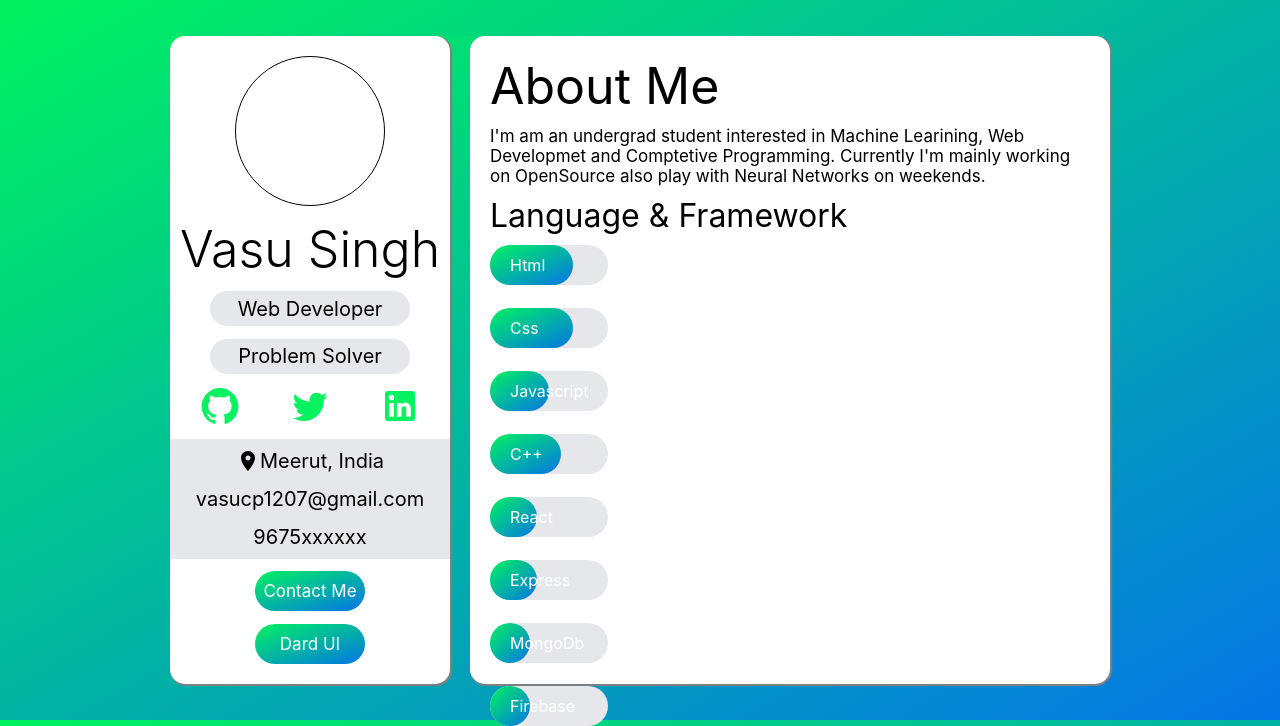
Repository: vasucp1207/grid-port
Page: /about
These files come from the project's save history. The page is drawn as it stood at one moment and after the next save; the edit follows.
The browser window is 1280 px wide. The pictures show the whole page.
Some web fonts or font styles are not loaded; a fallback is used. The project was rebuilt for these pictures with package versions that can differ from the ones it lists, and the page was loaded fresh each time. Also part of the build but not shown: src/pages/Home.js, src/pages/Projects.js.

Above is the page before, as saved 2022-08-17 01:58:46.

### public/index.html
<!DOCTYPE html>
<html lang="en">
  <head>
    <meta charset="utf-8" />
    <link rel="icon" href="%PUBLIC_URL%/favicon.ico" />
    <meta name="viewport" content="width=device-width, initial-scale=1" />
    <meta name="theme-color" content="#000000" />
    <meta
      name="description"
      content="Web site created using create-react-app"
    />
    <link rel="apple-touch-icon" href="%PUBLIC_URL%/logo192.png" />
    <!--
      manifest.json provides metadata used when your web app is installed on a
      user's mobile device or desktop. See https://developers.google.com/web/fundamentals/web-app-manifest/
    -->
    <link rel="manifest" href="%PUBLIC_URL%/manifest.json" />
    <link rel="preconnect" href="https://fonts.googleapis.com">
<link rel="preconnect" href="https://fonts.gstatic.com" crossorigin>
<link href="https://fonts.googleapis.com/css2?family=Kantumruy+Pro:wght@200;300&family=Open+Sans:ital,wght@0,300;0,600;0,700;1,800&family=Poppins:wght@400;600&family=Raleway:wght@300&family=Roboto+Flex:opsz,wght@8..144,300;8..144,400;8..144,500&display=swap" rel="stylesheet">
    <!--
      Notice the use of %PUBLIC_URL% in the tags above.
      It will be replaced with the URL of the `public` folder during the build.
      Only files inside the `public` folder can be referenced from the HTML.

      Unlike "/favicon.ico" or "favicon.ico", "%PUBLIC_URL%/favicon.ico" will
      work correctly both with client-side routing and a non-root public URL.
      Learn how to configure a non-root public URL by running `npm run build`.
    -->
    <title>React App</title>
  </head>
  <body>
    <noscript>You need to enable JavaScript to run this app.</noscript>
    <div id="root"></div>
    <!--
      This HTML file is a template.
      If you open it directly in the browser, you will see an empty page.

      You can add webfonts, meta tags, or analytics to this file.
      The build step will place the bundled scripts into the <body> tag.

      To begin the development, run `npm start` or `yarn start`.
      To create a production bundle, use `npm run build` or `yarn build`.
    -->
  </body>
</html>

### src/index.css
body {
  margin: 0;
  font-family: -apple-system, BlinkMacSystemFont, 'Segoe UI', 'Roboto', 'Oxygen',
    'Ubuntu', 'Cantarell', 'Fira Sans', 'Droid Sans', 'Helvetica Neue',
    sans-serif;
  -webkit-font-smoothing: antialiased;
  -moz-osx-font-smoothing: grayscale;

  --gray: rgb(205, 195, 195);
  background-image: linear-gradient(to right bottom,#00f260,#0575e6);
}

::selection{
  background: rgb(71, 219, 106);
}

### src/App.js
import './App.css';
import { Link, Route, Routes } from 'react-router-dom';
import AboutMe from './pages/AboutMe';
import Home from './pages/Home';
import Projects from './pages/Projects';

function App() {
  return (
    <div>
      <Routes>
        <Route exact path="/" element={<Home />} />
        <Route exact path="/about" element={<AboutMe />} />
        <Route exact path="/projects" element={<Projects />} />
      </Routes>
    </div>
  );
}

export default App;

### src/App.css
:root {
  --d: 700ms;
  --e: cubic-bezier(0.19, 1, 0.22, 1);
  --font-sans: "Rubik", sans-serif;
  --font-serif: "Cardo", serif;
  font-family: Poppins;
}

* {
  box-sizing: border-box;
  padding: 0;
  margin: 0;
}

html, body {
  height: 100vh;
  width: 100vw;
}

body {
  display: grid;
  place-items: center;
}

.page-content {
  display: grid;
  width: 100vw;
  height: 100vh;
  margin: 0 auto;
}
@media (min-width: 600px) {
  .page-content {
    grid-template-columns: repeat(2, 1fr);
  }
}
@media (min-width: 800px) {
  .page-content {
    grid-template-columns: repeat(2, 1fr);
  }
}

.card {
  position: relative;
  display: flex;
  align-items: flex-end;
  overflow: hidden;
  padding: 1rem;
  width: 100%;
  text-align: center;
  color: whitesmoke;
  background-color: whitesmoke;
  box-shadow: 0 1px 1px rgba(0, 0, 0, 0.1), 0 2px 2px rgba(0, 0, 0, 0.1), 0 4px 4px rgba(0, 0, 0, 0.1), 0 8px 8px rgba(0, 0, 0, 0.1), 0 16px 16px rgba(0, 0, 0, 0.1);
}
@media (min-width: 600px) {
  .card {
    height: 100vh;
  }
}
.card:before {
  content: "";
  position: absolute;
  top: 0;
  left: 0;
  width: 100%;
  height: 110%;
  background-size: cover;
  background-position: 0 0;
  transition: transform calc(var(--d) * 1.5) var(--e);
  pointer-events: none;
}
.card:after {
  content: "";
  display: block;
  position: absolute;
  top: 0;
  left: 0;
  width: 100%;
  height: 200%;
  pointer-events: none;
  background-image: linear-gradient(to bottom, rgba(0, 0, 0, 0) 0%, rgba(0, 0, 0, 0.009) 11.7%, rgba(0, 0, 0, 0.034) 22.1%, rgba(0, 0, 0, 0.072) 31.2%, rgba(0, 0, 0, 0.123) 39.4%, rgba(0, 0, 0, 0.182) 46.6%, rgba(0, 0, 0, 0.249) 53.1%, rgba(0, 0, 0, 0.32) 58.9%, rgba(0, 0, 0, 0.394) 64.3%, rgba(0, 0, 0, 0.468) 69.3%, rgba(0, 0, 0, 0.54) 74.1%, rgba(0, 0, 0, 0.607) 78.8%, rgba(0, 0, 0, 0.668) 83.6%, rgba(0, 0, 0, 0.721) 88.7%, rgba(0, 0, 0, 0.762) 94.1%, rgba(0, 0, 0, 0.79) 100%);
  transform: translateY(-50%);
  transition: transform calc(var(--d) * 2) var(--e);
}
.card:nth-child(1):before {
  background-image: url(https://images.unsplash.com/photo-1493612276216-ee3925520721?ixlib=rb-1.2.1&ixid=MnwxMjA3fDB8MHxwaG90by1wYWdlfHx8fGVufDB8fHx8&auto=format&fit=crop&w=2864&q=80);
}
.card:nth-child(2):before {
  background-image: url(https://images.unsplash.com/photo-1492551557933-34265f7af79e?ixlib=rb-1.2.1&ixid=MnwxMjA3fDB8MHxwaG90by1wYWdlfHx8fGVufDB8fHx8&auto=format&fit=crop&w=1740&q=80);
}
.card:nth-child(3):before {
  background-image: url(https://images.unsplash.com/photo-1545243424-0ce743321e11?ixlib=rb-1.2.1&q=80&fm=jpg&crop=entropy&cs=tinysrgb&w=400&fit=max&ixid=eyJhcHBfaWQiOjE0NTg5fQ);
}
.card:nth-child(4):before {
  background-image: url(https://images.unsplash.com/photo-1531306728370-e2ebd9d7bb99?ixlib=rb-1.2.1&q=80&fm=jpg&crop=entropy&cs=tinysrgb&w=400&fit=max&ixid=eyJhcHBfaWQiOjE0NTg5fQ);
}

.content {
  position: relative;
  display: flex;
  flex-direction: column;
  align-items: center;
  width: 100%;
  padding: 1rem;
  transition: transform var(--d) var(--e);
  z-index: 1;
}
.content > * + * {
  margin-top: 1rem;
}

.title {
  font-size: 50px;
  font-weight: 400;
}

.copy {
  font-size: 30px;
}

.btn {
  cursor: pointer;
  margin-top: 1.5rem;
  padding: 0.75rem 1.5rem;
  font-size: 20px;
  letter-spacing: 0.025rem;
  text-transform: uppercase;
  color: white;
  background-color: black;
  border: none;
}
.btn:hover {
  background-color: white;
  color: black;
  transition: 0.3;
  border-radius: 7px;
}
.btn:focus {
  outline: 1px dashed yellow;
  outline-offset: 3px;
}

@media (hover: hover) and (min-width: 600px) {
  .card:after {
    transform: translateY(0);
  }

  .content {
    transform: translateY(calc(100% - 4.5rem));
  }
  .content > *:not(.title) {
    opacity: 0;
    transform: translateY(1rem);
    transition: transform var(--d) var(--e), opacity var(--d) var(--e);
  }

  .card:hover,
.card:focus-within {
    align-items: center;
  }
  .card:hover:before,
.card:focus-within:before {
    transform: translateY(-4%);
  }
  .card:hover:after,
.card:focus-within:after {
    transform: translateY(-50%);
  }
  .card:hover .content,
.card:focus-within .content {
    transform: translateY(0);
  }
  .card:hover .content > *:not(.title),
.card:focus-within .content > *:not(.title) {
    opacity: 1;
    transform: translateY(0);
    transition-delay: calc(var(--d) / 8);
  }

  .card:focus-within:before, .card:focus-within:after,
.card:focus-within .content,
.card:focus-within .content > *:not(.title) {
    transition-duration: 0s;
  }
}

### src/pages/AboutMe.js
import React from 'react'
import { motion } from 'framer-motion'
import styled from 'styled-components'
import GitHubIcon from '@mui/icons-material/GitHub';
import TwitterIcon from '@mui/icons-material/Twitter';
import LinkedInIcon from '@mui/icons-material/LinkedIn';
import LocationOnIcon from '@mui/icons-material/LocationOn';
import ProgressBar from '../components/ProgressBar';

function AboutMe() {

    const pageVarients = {
        initial: {
            opacity: 0
        },
        in: {
            opacity: 1
        },
        out: {
            opacity: 0
        }
    }

    return (
        <motion.div
            initial='initial'
            animate='in'
            exit='out'
            variants={pageVarients}
            transition={{ delay: 0.5, type: 'spring' }}
        >

            <Container>
                <Comp>
                    <Left>
                        <div class='avatar'></div>
                        <h1 class='name'>Vasu Singh</h1>
                        <div class='sim-btn'>Web Developer</div>
                        <div class='sim-btn'>Problem Solver</div>
                        <div class='icon-cont'>
                            <GitHubIcon className='icons' />
                            <TwitterIcon className='icons' />
                            <LinkedInIcon className='icons' />
                        </div>
                        <div class='address'>
                            <p class='city'><LocationOnIcon /> Meerut, India</p>
                            <p>vasucp1207@gmail.com</p>
                            <p>9675xxxxxx</p>
                        </div>
                        <div class='gb-btn'>Contact Me</div>
                        <div class='gb-btn'>Dard UI</div>
                    </Left>
                    <Right>
                        <h1 class='title'>About Me</h1>
                        <p class='des'>I'm am an undergrad student interested in Machine Learining, Web Developmet and Comptetive Programming. Currently I'm mainly working on OpenSource also play with Neural Networks on weekends.</p>
                        <h1 class='skills'>Language & Framework</h1>

                        <div class='all-bar'>
                            <ProgressBar lang='Html' per='70%' />
                            <ProgressBar lang='Css' per='70%' />
                            <ProgressBar lang='Javascript' per='50%' />
                            <ProgressBar lang='C++' per='60%' />
                            <ProgressBar lang='React' per='40%' />
                            <ProgressBar lang='Express' per='40%' />
                            <ProgressBar lang='MongoDb' per='30%' />
                            <ProgressBar lang='Firebase' per='30%' />
                        </div>

                    </Right>
                </Comp>

            </Container>
        </motion.div>
    )
}

export default AboutMe

const Container = styled.div`
    background: white;
`

const Comp = styled.div`
    display: flex;
    gap: 20px;
    background-image: linear-gradient(to right bottom,#00f260,#0575e6);
`

const Left = styled.div`
    height: 90vh;
    width: 280px;
    box-shadow: 1px 1px 1px 1px gray;
    display: flex;
    justify-content: space-between;
    align-items: center;
    flex-direction: column;
    padding-bottom: 20px;
    background: white;
    border-radius: 15px;

    .avatar{
        margin-top: 20px;
        height: 150px;
        border: 1px solid black;
        width: 150px;
        border-radius: 50%;
    }

    .name{
        font-size: 50px;
        font-weight: 300;
    }

    .sim-btn{
        font-size: 20px;
        background: rgb(229,231,235);
        width: 200px;
        height: 35px;
        border-radius: 9999px;
        display: flex;
        justify-content: center;
        align-items: center;
    }

    .icon-cont{
        width: 280px;
        padding-left: 30px;
        padding-right: 30px;
        display: flex;
        justify-content: space-between;
        align-items: center;
    }

    .icons{
        height: 40px;
        width: 40px;
        color: #07f260;
        cursor: pointer;

        :hover{
            color: black;
        }
    }

    .address{
        background: rgb(229,231,235);;
        font-size: 20px;
        display: flex;
        flex-direction: column;
        align-items: center;
        justify-content: space-between;
        width: 280px;
        height: 120px;
        padding: 10px;
    }

    .gb-btn{
        width: 110px;
        border-radius: 9999px;
        background-image: linear-gradient(to right bottom,#00f260,#0575e6);
        color: white;
        font-size: 17px;
        height: 40px;
        display: flex;
        justify-content: center;
        align-items: center;
        cursor: pointer;
    }

    .city{
        display: flex;
        justify-content: center;
        align-items: center;
    }
`

const Right = styled.div`
    height: 90vh;
    width: 50vw;
    box-shadow: 1px 1px 1px 1px gray;
    background: white;
    border-radius: 15px;
    padding: 20px;

    .title{
        font-weight: 400;
        margin-bottom: 10px;
    }

    .des{
        font-size: 17px;
        margin-bottom: 10px;
    }

    .skills{
        font-weight: 400;
    }

    .all-bar{
        display: grid;
        margin-top: 10px;
        justify-content: space-between;
        gap: 23px;
    }
`

### src/components/ProgressBar.js
import React from 'react'
import styled from 'styled-components'
import { keyframes } from 'styled-components';
import { motion } from 'framer-motion'

function ProgressBar({ lang, per }) {
    return (
        <Contanier>
            <div class='bar'>
                <motion.div className='fill'
                    animate={{ width: per }}
                    transition={{ duration: 2 }}
                >
                    <p class='lang'>{lang}</p>
                </motion.div>
            </div>
        </Contanier>
    )
}

export default ProgressBar

const Contanier = styled.div`
    .bar{
        width: 100%;
        height: 40px;
        border-radius: 9999px;
        background: rgb(229,231,235);
    }

    .fill{
        display: flex;
        align-items: center;
        padding: 20px;
        width: 0;
        border-radius: 9999px;
        height: 30px;
        background-image: linear-gradient(to right bottom,#00f260,#0575e6);
    }

    .lang{
        color: white;
    }
`

Loaded but not shown: src/index.js (common file)

After the next save:
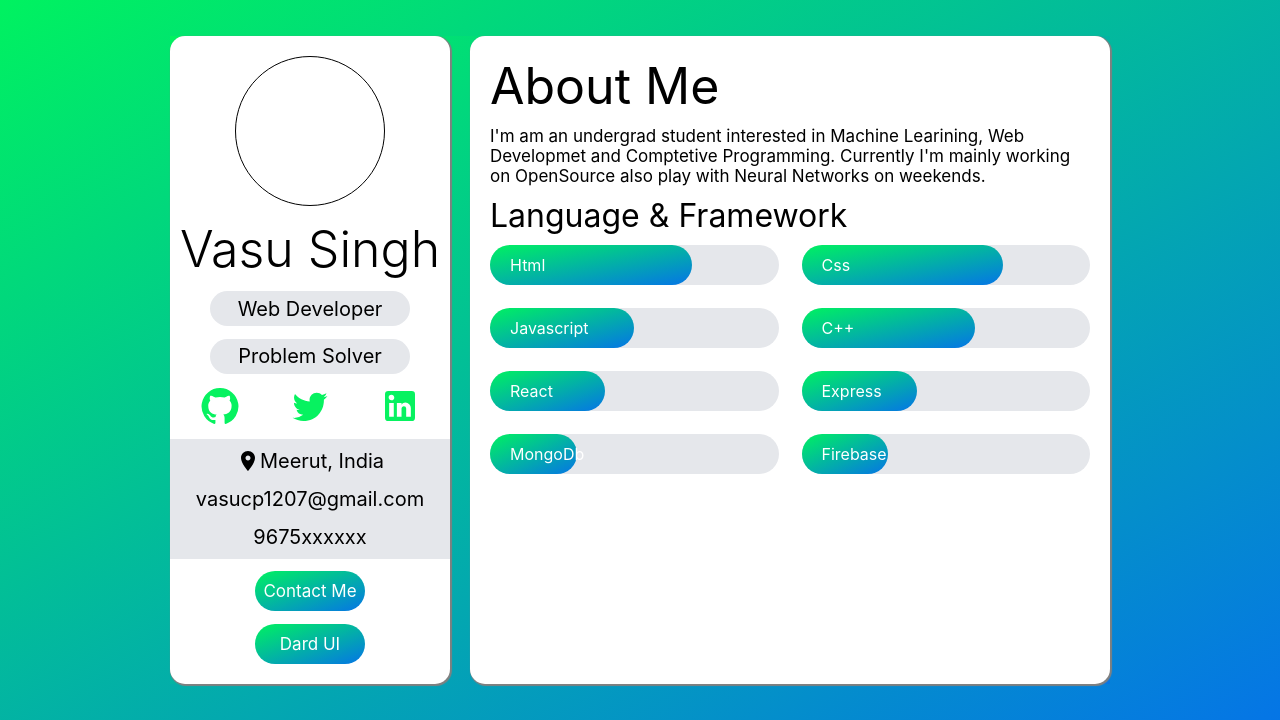
Saved 23 s later.
--- a/src/pages/AboutMe.js
+++ b/src/pages/AboutMe.js
@@ -198,6 +198,7 @@ const Right = styled.div`
 
     .all-bar{
         display: grid;
+        grid-template-columns: repeat(2, 1fr);
         margin-top: 10px;
         justify-content: space-between;
         gap: 23px;
